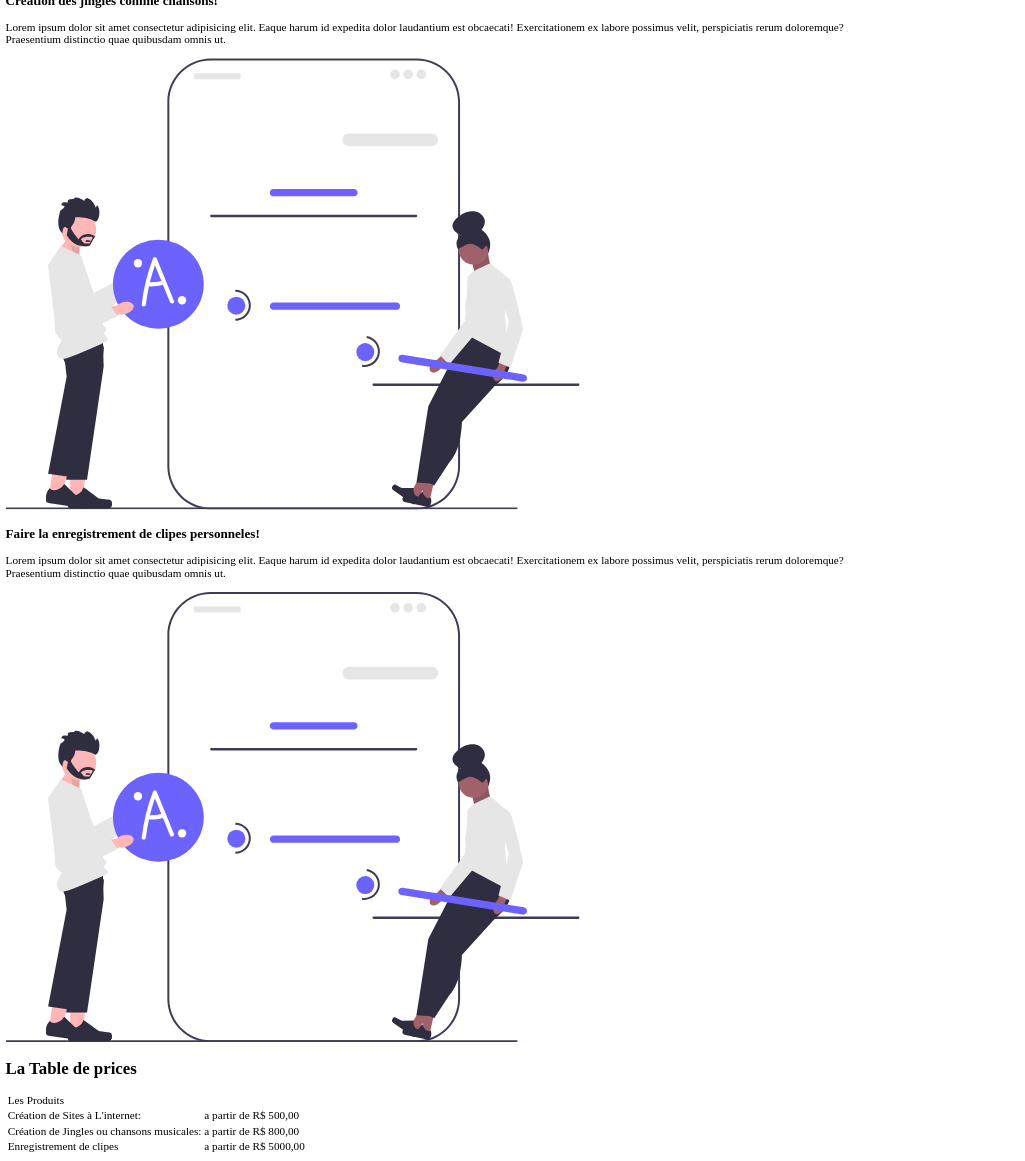
Repository: MarcioFreitasUFSC21/Proejct00
Page: ExampleSite/Assets/index2.html
An editor plug-in stored every save of this project. The page is shown before and after a run of saves, followed by the edit.
The browser window is 1280 px wide. The page is 1464 px wide, so the pictures cover 1464 px, including what lies to the right of the window. The pictures show the part of the page from y = 1920 to 3600 px (the page is 3578 px tall before and 3600 px after), at 70% of full size.

Above is the page before, as saved 2023-03-18 18:00:13.

### ExampleSite/Assets/index2.html
<!DOCTYPE html>
<html lang="pt-br">
<head>
    <meta charset="UTF-8">
    <meta http-equiv="X-UA-Compatible" content="IE=edge">
    <meta name="viewport" content="width=device-width, initial-scale=1.0">
    <title>The first page</title>
</head>
<body>
    <section>
        <div>
            <h1><a href="#">LOGO </a></h1>
            <nav>
                <ul>
                    <li><a href="#">Home</a></li>
                    <li><a href="#"> Introdução</a></li>
                    <li><a href="#"> Serviços</a></li>
                    <li><a href="#"> Tabela de preços</a></li>
                    <li><a href="#"> Contatos</a></li>
                </ul>
            </nav>
        </div>
    </section>
    <section>
        <div>
            <h2> Dans la crise, create!</h2>
            <p>Lorem ipsum dolor sit amet, consectetur adipisicing elit, sed do eiusmod tempor incididunt ut labore et dolore magna aliqua. Ut enim ad minim veniam, quis nostrud exercitation ullamco laboris nisi ut aliquip ex ea commodo consequat. Duis aute irure dolor in reprehenderit in voluptate velit esse cillum dolore eu fugiat nulla pariatur. Excepteur sint occaecat cupidatat non proident, sunt in culpa qui officia deserunt mollit anim id est laborum.</p>
        </div>
        <div>
            <img src="Assets/img2/lesson.jpg">
        </div>
    </section>
    <section>
        <div>
            <h2>Les Services</h2>
            <p> Nos Services sont: </p>
        </div>
        <div>
            <article>
                <h3>Création des sites à L'internet!</h3>
                <p> Lorem ipsum dolor sit amet consectetur adipisicing elit. Eaque harum id expedita dolor laudantium est obcaecati! Exercitationem ex labore possimus velit, perspiciatis rerum doloremque? Praesentium distinctio quae quibusdam omnis ut.</p>
                <div>
                    <img src="Assets/img2/site.svg">
                </div>
            </article>
            <article>
                <h3>Création des jingles comme chansons!</h3>
                <p> Lorem ipsum dolor sit amet consectetur adipisicing elit. Eaque harum id expedita dolor laudantium est obcaecati! Exercitationem ex labore possimus velit, perspiciatis rerum doloremque? Praesentium distinctio quae quibusdam omnis ut.</p>
                <div>
                    <img src="Assets/img2/jingle.svg">
                </div>
            </article>
            <article>
                <h3>Faire la enregistrement de clipes personneles!</h3>
                <p> Lorem ipsum dolor sit amet consectetur adipisicing elit. Eaque harum id expedita dolor laudantium est obcaecati! Exercitationem ex labore possimus velit, perspiciatis rerum doloremque? Praesentium distinctio quae quibusdam omnis ut.</p>
                <div>
                    <img src="Assets/img2/jingle.svg">
                </div>
            </article>
        </div>
    </section>
    <section>
        <div>
            <h2> La Table de prices</h2>
            <table>
                <thead>
                    <tr>
                        <td> Les Produits</td>
                    </tr>
                </thead>
                <tbody>
                    <tr>
                        <td> Création de Sites à L'internet: </td>
                        <td> a partir de R$ 500,00 </td>
                    </tr>
                    <tr>
                        <td> Création de Jingles ou chansons musicales:  </td>
                        <td> a partir de R$ 800,00 </td>
                    </tr>
                    <tr>
                        <td> Enregistrement de clipes </td>
                        <td> a partir de R$ 5000,00 </td>
                    </tr>
                </tbody>
            </table>
        </div>
    </section>
</body>
</html>

After the next 2 saves:
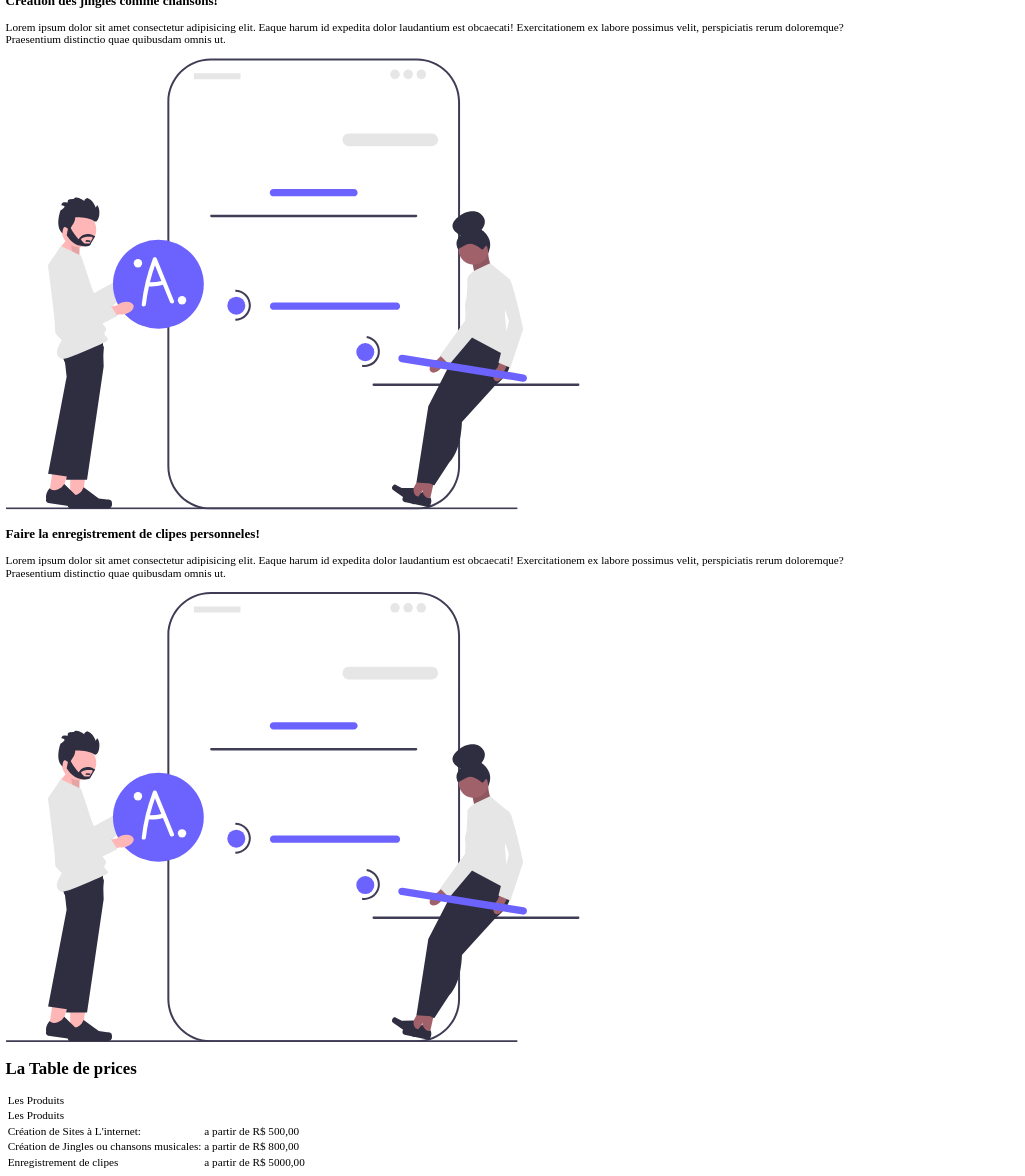
The 2 saves are shown as one change because they came seconds apart.
The last was saved 9 s later.
--- a/ExampleSite/Assets/index2.html
+++ b/ExampleSite/Assets/index2.html
@@ -67,6 +67,9 @@
                     <tr>
                         <td> Les Produits</td>
                     </tr>
+                    <tr>
+                        <td> Les Produits</td>
+                    </tr>
                 </thead>
                 <tbody>
                     <tr>
